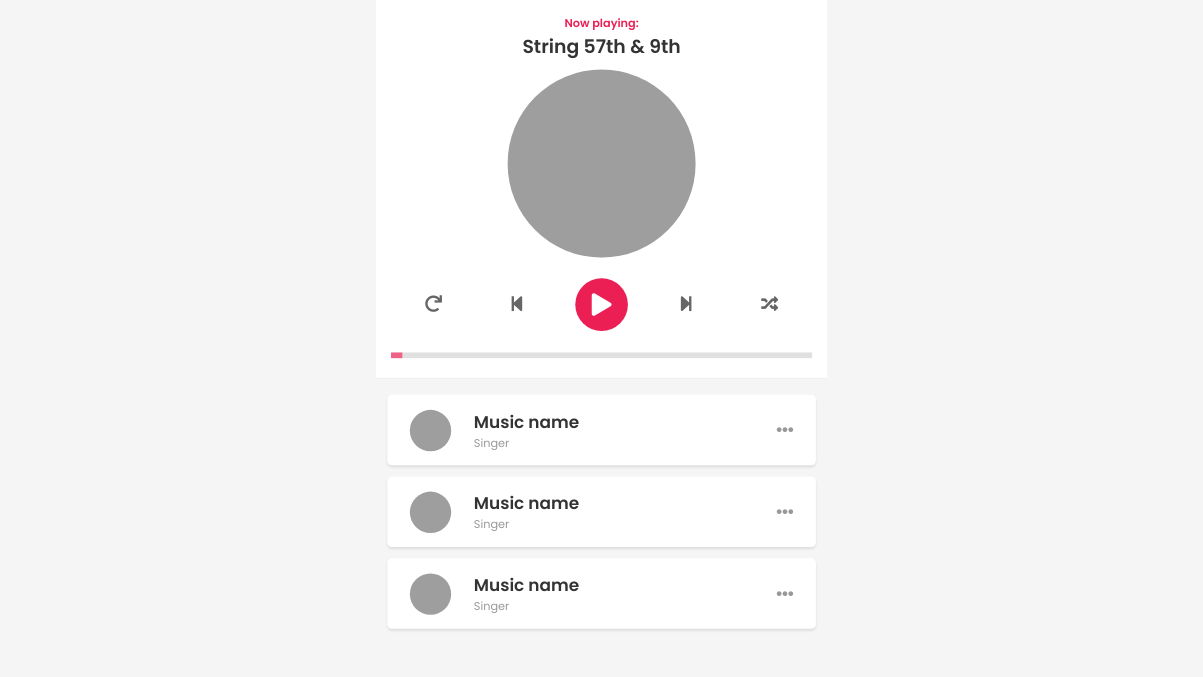
Repository: vophuocthanh/music
Page: index.html
The author's editor kept a copy of each file at every save. The page is drawn from the files as they stood at one save, then again after the next save.
The browser window is 1280 px wide. The pictures show the whole page, at 94% of full size.
Pictures or frames that could not be fetched are drawn as grey boxes.

Above is the page before, as saved 2022-09-04 20:54:59.

After the next save:
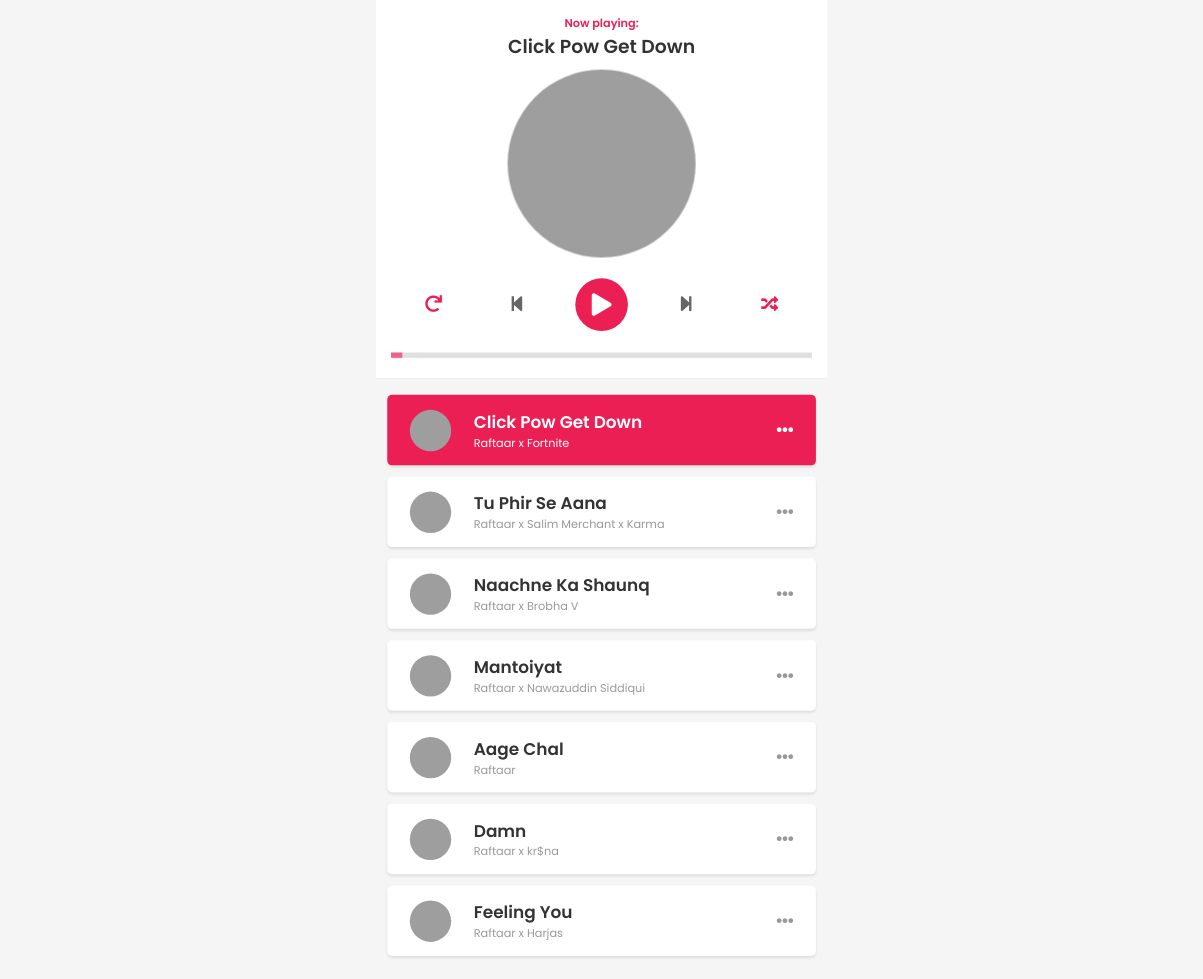
Saved 8 s later.
--- a/index.html
+++ b/index.html
@@ -96,6 +96,7 @@
     </div>
 
     <!-- Design from: https://static.collectui.com/shots/3671744/musicloud-revolutionary-app-for-music-streaming-large -->
+    <script src="./app.js"></script>
 </body>
 
 </html>
